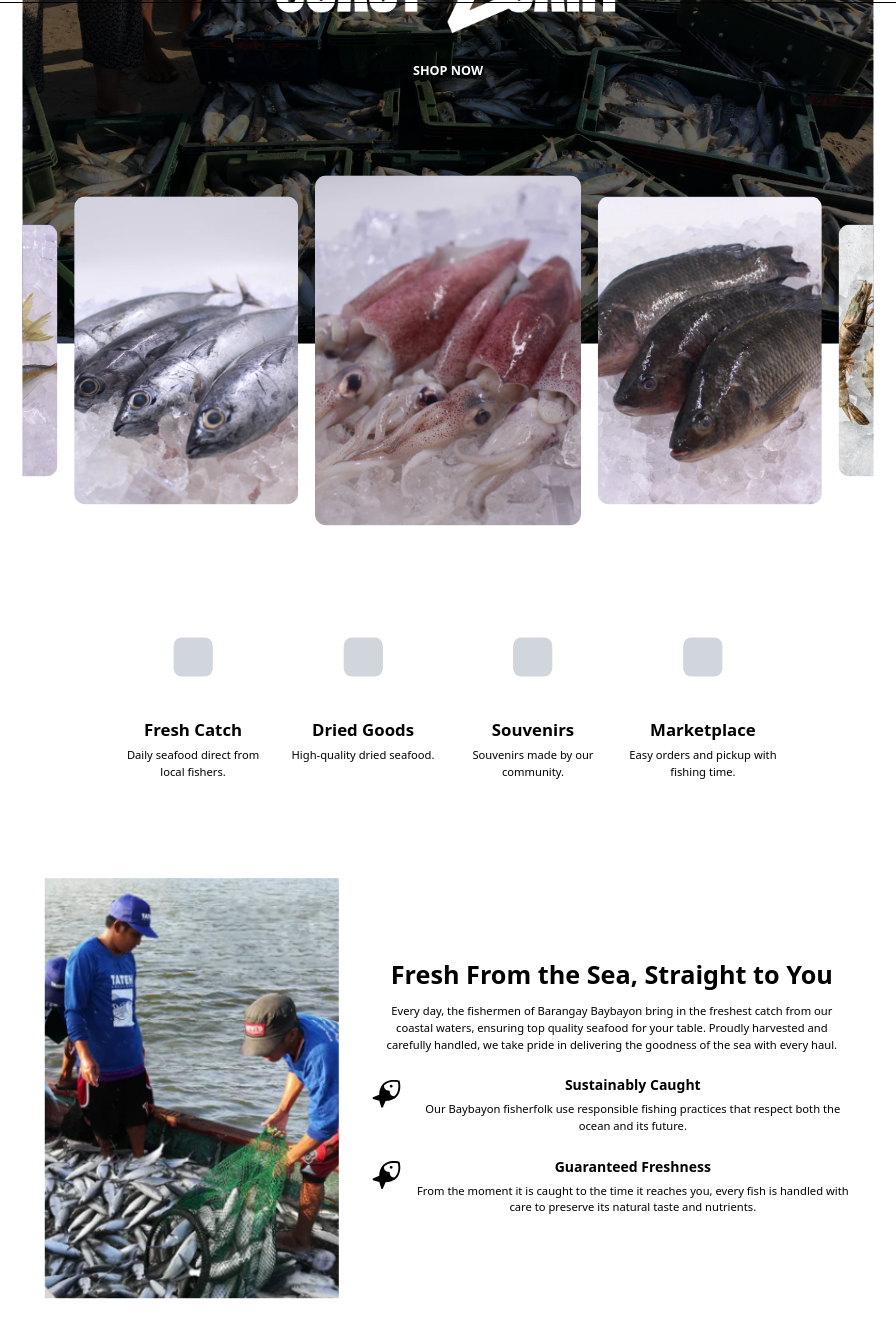
Repository: Coast2Card/coast2cart-frontend
Page: /
These files come from the project's save history. The page is drawn as it stood at one moment and after the next save; the edit follows.
The browser window is 1280 px wide. The pictures show the part of the page from y = 362 to 2282 px (the page is 3137 px tall before and 3177 px after), at 70% of full size.
The project was rebuilt for these pictures with package versions that can differ from the ones it lists, and the page was loaded fresh each time. Also part of the build but not shown: vite.config.js, src/pages/Seafood.jsx, src/pages/Souvenirs.jsx, src/pages/About.jsx, src/pages/Cart.jsx, src/pages/Profile.jsx, src/pages/Colors.jsx.

Above is the page before, as saved 2025-09-08 13:56:54.

After the next save:
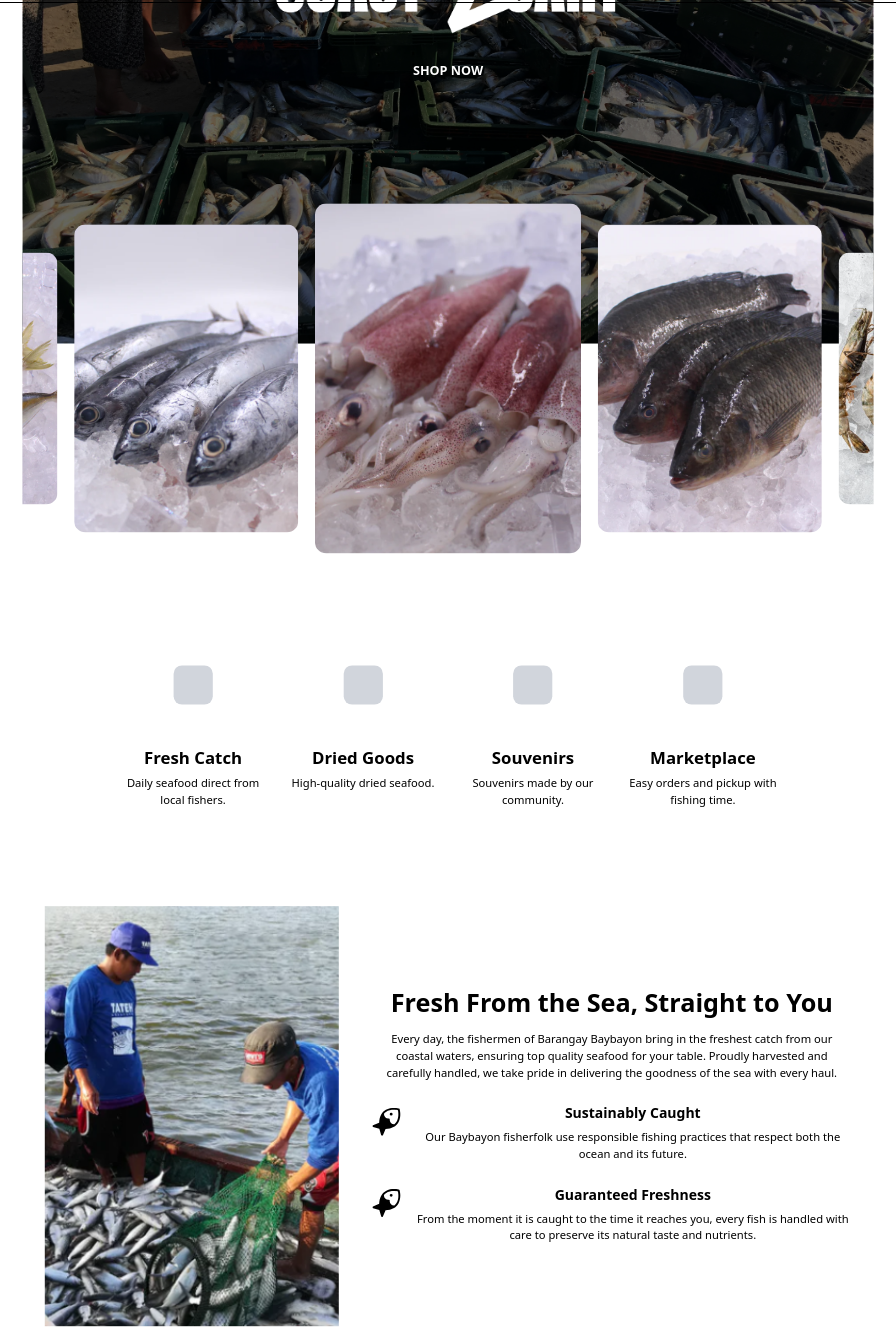
Saved 31 s later.
--- a/src/pages/Home.jsx
+++ b/src/pages/Home.jsx
@@ -41,7 +41,7 @@
           </div>
         </div>
       </section>
-      <section className=" relative overflow-hidden w-[140vw] flex items-center justify-center gap-4 sm:gap-6 mb-25   z-30 -mt-51 md:-mt-60 left-1/2 -translate-x-1/2">
+      <section className=" relative overflow-hidden w-[140vw] flex items-center justify-center gap-4 sm:gap-6 mb-25   z-30 -mt-51 md:-mt-50 left-1/2 -translate-x-1/2">
         <img
           src={fish1}
           alt="Fish 1"

After the save that followed:
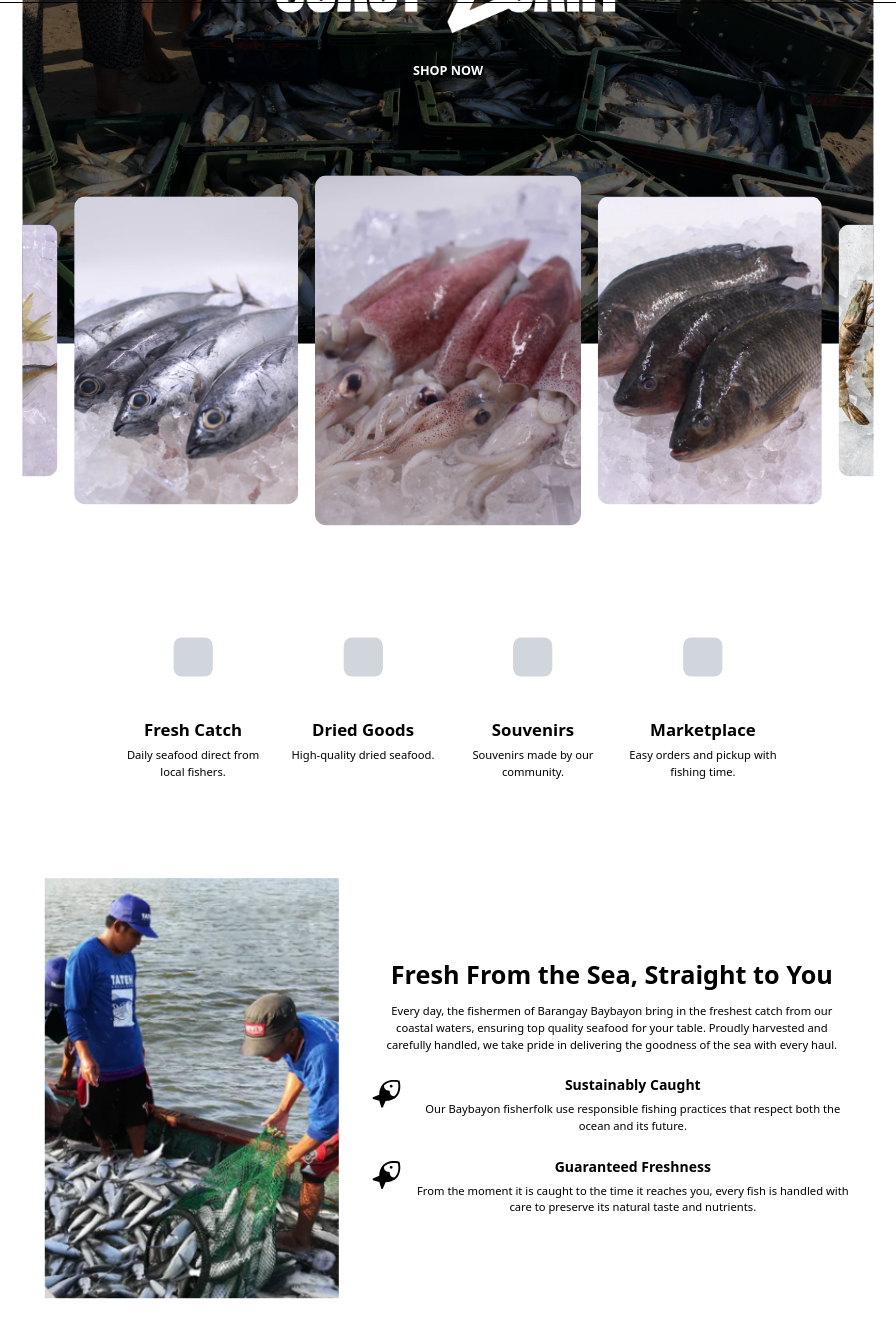
Saved 4 s later.
--- a/src/pages/Home.jsx
+++ b/src/pages/Home.jsx
@@ -41,7 +41,7 @@
           </div>
         </div>
       </section>
-      <section className=" relative overflow-hidden w-[140vw] flex items-center justify-center gap-4 sm:gap-6 mb-25   z-30 -mt-51 md:-mt-50 left-1/2 -translate-x-1/2">
+      <section className=" relative overflow-hidden w-[140vw] flex items-center justify-center gap-4 sm:gap-6 mb-25   z-30 -mt-51 md:-mt-60 left-1/2 -translate-x-1/2">
         <img
           src={fish1}
           alt="Fish 1"
